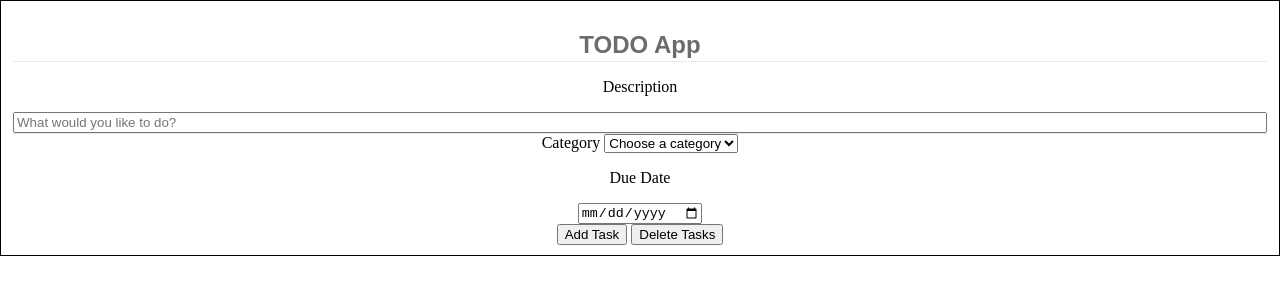
Repository: king-slayer97/TODO-App
Page: http://localhost/
The author's editor kept a copy of each file at every save. The page is drawn from the files as they stood at one save, then again after a run of saves.
The browser window is 1280 px wide. The pictures show the whole page.
The page is served by the project's Node server (index.js).

Above is the page before, as saved 2022-08-15 13:58:27.

After the next 2 saves:
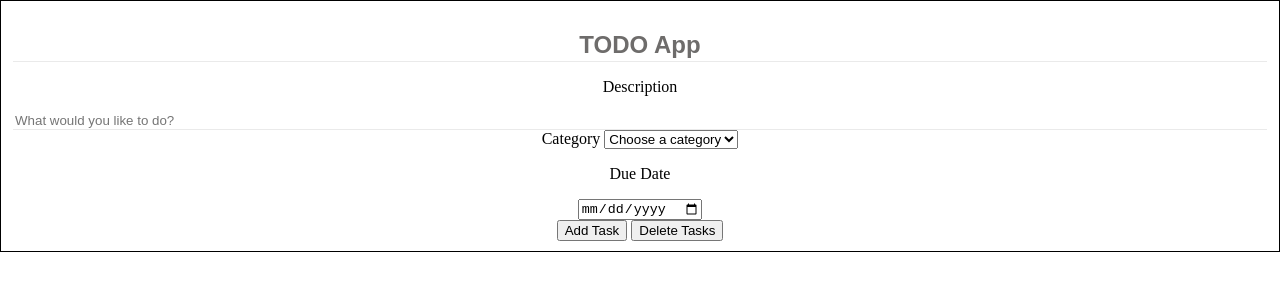
The 2 saves are shown as one change because they came seconds apart.
The last was saved 6 s later.
--- a/assets/css/home.css
+++ b/assets/css/home.css
@@ -30,5 +30,5 @@ body{
 }
 
 .description input[type="text"]{
-    border-style: ;
+    border-style: none;
 }
